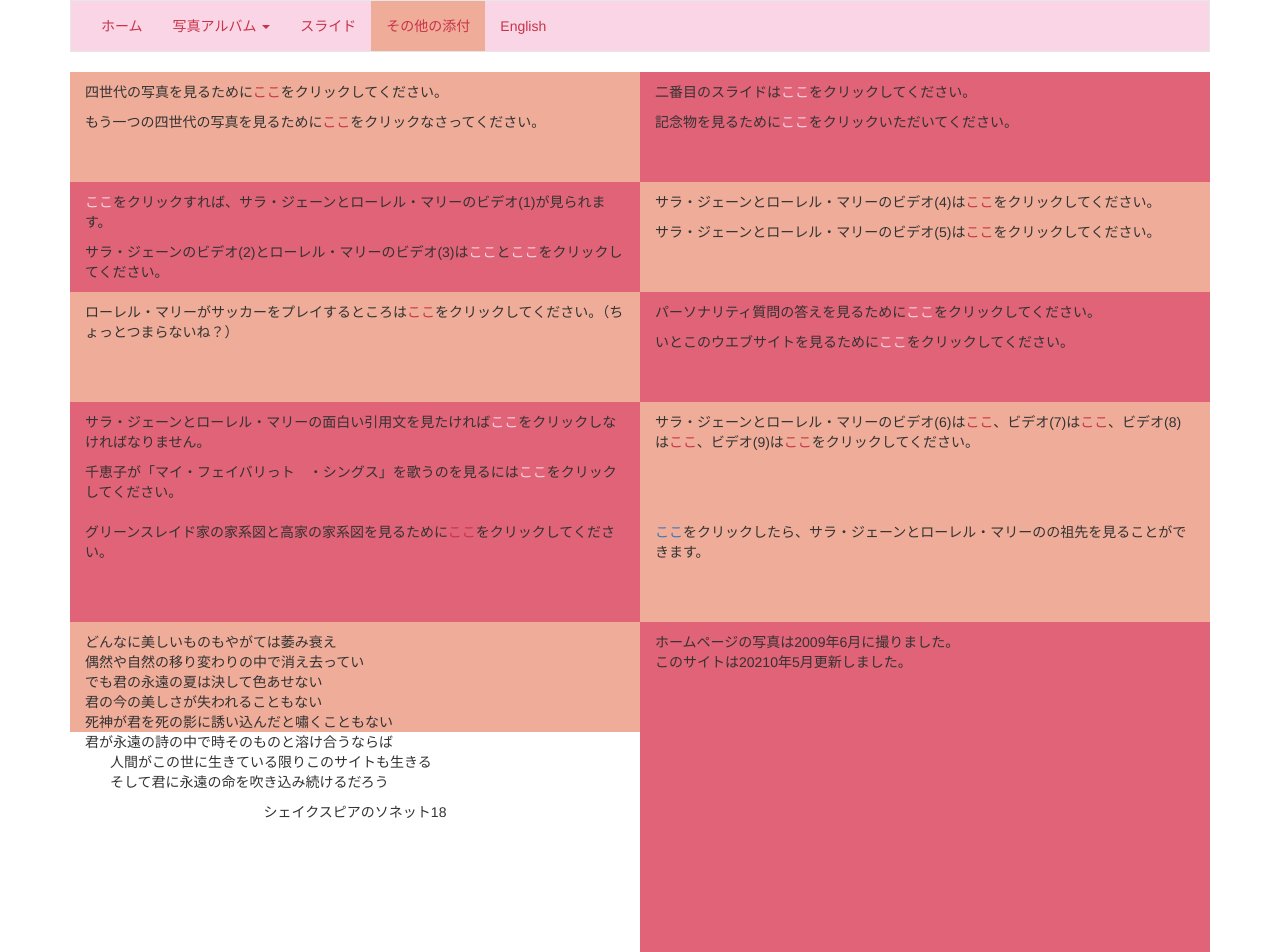
Repository: George2916/Sarah-Jane-and-Laurel-Marie
Page: misc-jap.html
The author's editor kept a record of every edit. The page is drawn from the files as they stood at one moment, then again after the next edit.
The browser window is 1280 px wide. The pictures show the whole page.

Above is the page before.
Console error: TypeError: Cannot read properties of null (reading 'style')

### misc-jap.html
<!DOCTYPE html>
<html>
<head>

    <meta charset="utf-8">
    <meta http-equiv="X-UA-Compatible" content="IE-edge">
    <meta name="viewport" content="width=device-width, initial-scale=1">
    <!--[if lt IE 9]
<script src="https://oss.maxcdn.com/html5shiv/3.7.2/html5shiv.min.js"></script>
<script src="https://oss.maxcdn.com/respond/1.4.2/respond.min.js"></script>
<![endif]-->

  <title>Miscellaneous - Japanese</title>

    <link rel="stylesheet" type="text/css" href="css/bootstrap.css">
    <link rel="stylesheet" type="text/css" href="css/mystyle.css">
    <link href="https://fonts.googleapis.com/css?family=Permanent+Marker" rel="stylesheet">


</head>

<body>

<div class="container">

    <!--collapsing navbar-->

    <nav class="navbar navbar-default">

    <div class="navbar-header">
        <button type="button" class="navbar-toggle" data-toggle="collapse" data-target="#myNavbar"><span class="glyphicon glyphicon-menu-hamburger"></span></button>
    </div>

    <div class="collapse navbar-collapse" id="myNavbar">
        <ul class="nav navbar-nav">
            <li class="DDDD"><a class="home" href="home-jap.html">ホーム</a></li>
            <li class="dropdown DDDD"><a class="active dropdown-toggle gallery-0" data-toggle="dropdown" href="#">写真アルバム <span class="caret"></span></a>
                <ul class="dropdown-menu">
                    <li><a class="gallery-1" href="gallery1-jap.html">写真アルバム 　-　2001年1月　/　2004年2月</a></li>
                    <li><a class="gallery-2" href="gallery2-jap.html">写真アルバム 　-　2004年2月　/　2006年12月</a></li>
                    <li><a class="gallery3" href="gallery3-jap.html">写真アルバム 　-　2007年6月　/　2008年11月</a></li>
                    <li><a class="gallery4" href="gallery4-jap.html">写真アルバム 　-　2008年11月　/　2009年9月</a></li>
                </ul>
            </li>
            <li class="DDDD"><a class="slideshow" href="slideshow-jap.html">スライド</a></li>
            <li class="active non-drop DDDD"><a class="misc" href="misc-jap.html">その他の添付</a></li>
            <li class="DDDD"><a href="misc.html">English</a></li>
        </ul>
    </div>

    </nav>

    <div>

        <div class="row  noPad">

            <div class="col-sm-6 color1 box1">
                <p>四世代の写真を見るために<a class="misc-link-1 AAA" href="familytreeT.html">ここ</a>をクリックしてください。</p>
                <p>もう一つの四世代の写真を見るために<a class="misc-link-1 AAA" href="familytreeM.html">ここ</a>をクリックなさってください。</p>
            </div>


            <div class="col-sm-6 color2 box2">
                <p>二番目のスライドは<a class="misc-link-2 AAA" href="slideshow2-jap.html">ここ</a>をクリックしてください。</p>
                <p>記念物を見るために<a class="misc-link-2 AAA" href="flippablePhotos.html">ここ</a>をクリックいただいてください。</p>
            </div>


        </div><!--closes .row-->

        <div class="row  noPad">

            <div class="col-sm-6 color2 box3">
                <p><a class="misc-link-3 AAA" href="https://www.youtube.com/watch?v=NwOyJzJh9Wc">ここ</a>をクリックすれば、サラ<span >・</span>ジェーンとローレル<span >・</span>マリーのビデオ(1)が見られます。</p>
                <p>サラ<span >・</span>ジェーンのビデオ(2)とローレル<span>・</span>マリーのビデオ(3)は<a class="misc-link-3 AAA" href="https://www.youtube.com/watch?v=lUZmNCm3aWA" target="_blank">ここ</a>と<a class="misc-link-3 AAA" href="https://www.youtube.com/watch?v=WP3CQZRvERk">ここ</a>をクリックしてください。</p>

            </div>



            <div class="col-sm-6 color1 box4">
                <p>サラ<span >・</span>ジェーンとローレル<span >・</span>マリーのビデオ(4)は<a class="misc-link-4 AAA" href="https://www.youtube.com/watch?v=_l0FIXjZr1M" target="_blank">ここ</a>をクリックしてください。</p>
                <p>サラ<span >・</span>ジェーンとローレル<span >・</span>マリーのビデオ(5)は<a class="misc-link-4 AAA" href="https://www.youtube.com/watch?v=VaALOcjoOfE" target="_blank">ここ</a>をクリックしてください。</p>
            </div>

        </div><!--closes .row-->

        <div class="row  noPad">

            <div class="col-sm-6 color1 box5">
                <p>ローレル<span >・</span>マリーがサッカーをプレイするところは<a class="misc-link-5 AAA" href="https://www.youtube.com/watch?v=pcceURS1TcA">ここ</a>をクリックしてください。（ちょっとつまらないね？）</p>

            </div>



            <div class="col-sm-6 color2 box6">
                <p>パーソナリティ質問の答えを見るために<a class="misc-link-6 AAA" href="questionnaire-jap.html">ここ</a>をクリックしてください。</p>
                <p>いとこのウエブサイトを見るために<a class="misc-link-6 AAA" href="https://george2916.github.io">ここ</a>をクリックしてください。</p>
            </div>



        </div><!--closes .row-->

        <div class="row  noPad">

            <div class="col-sm-6 color2 box7">
                <p>サラ<span >・</span>ジェーンとローレル<span >・</span>マリーの面白い引用文を見たければ<a class="misc-link-3 AAA" href="quotes.html">ここ</a>をクリックしなければなりません。</p>
                <p>千恵子が「マイ<span >・</span>フェイバリっト　<span >・</span>シングス」を歌うのを見るには<a class="misc-link-3 AAA" href="https://youtu.be/F1NmzCG4n8A">ここ</a>をクリックしてください。</p>
            </div>


            <div class="col-sm-6 color1 box8">
                <p>サラ<span >・</span>ジェーンとローレル<span >・</span>マリーのビデオ(6)は<a class="misc-link-4 AAA" href="https://youtu.be/i4otdVIbA44">ここ</a>、ビデオ(7)は<a class="misc-link-4 AAA" href="https://youtu.be/OAZ1_f3dj48">ここ</a>、ビデオ(8)は<a class="misc-link-4 AAA" href="https://youtu.be/zzMhVbymAOA">ここ</a>、ビデオ(9)は<a class="misc-link-4 AAA" href="https://youtu.be/t_HujAmd91A">ここ</a>をクリックしてください。
            </div>


        </div><!--closes .row-->

        <div class="row  noPad">

            <div class="col-sm-6 color2 box9">
                <p>グリーンスレイド家の家系図と高家の家系図を見るために<a class="misc-link-9 AAA" href="https://george2916.github.io/GreensladeFamilyTree">ここ</a>をクリックしてください。</p>

            </div>


            <div class="col-sm-6 color1 box10">
                <p><a class="misc-link-10 AAA" href="ancestors.html">ここ</a>をクリックしたら、サラ<span >・</span>ジェーンとローレル<span >・</span>マリーのの祖先を見ることができます。
            </div>


        </div><!--closes .row-->

        <div class="row noPad">

            <div class="col-sm-6 color1 box11J">
                <p>どんなに美しいものもやがては萎み衰え<br>偶然や自然の移り変わりの中で消え去ってい<br>でも君の永遠の夏は決して色あせない<br>君の今の美しさが失われることもない<br>死神が君を死の影に誘い込んだと嘯くこともない<br>君が永遠の詩の中で時そのものと溶け合うならば<br><span class="last2lines">人間がこの世に生きている限りこのサイトも生きる</span><br><span class="last2lines">そして君に永遠の命を吹き込み続けるだろう</span></p><p style="text-align: center">シェイクスピアのソネット18</p>
            </div>



            <div class="col-sm-6 color2 box12">
                <p>ホームページの写真は2009年6月に撮りました。<br>このサイトは20210年5月更新しました。</p>
            </div>

        </div><!--closes .row-->



    </div>

</div><!-closes .container-->

<script src="js/jquery-3.2.0.js"></script>
<script src="js/bootstrap.js"></script>
<script src="js/myjquery.js"></script>

</body>
</html>

### css/mystyle.css
/* color scheme

lilac: #f9d5e5

very light brown: #eeac99

pink: #e06377

red: #c83349

*/

/* STYLING FOR NAV BAR */

/* give the nav bar square corners, instead of the default rounded corners */

.navbar{
    border-radius: 0px;
}

/* change color of nav bar to lilac */

.navbar-default{
    background-color: #f9d5e5;
}

/* change the color of the lettering of Home, Slide Show and Misc. to red */

.navbar-default .navbar-collapse .navbar-nav > li > a{
     color: #c83349;
}

/* change the color of the lettering of Gallery to red */

.navbar-default .navbar-nav > .open > a,
.navbar-default .navbar-nav > .open > a:hover,
.navbar-default .navbar-nav > .open > a:focus {
    color: #c83349;
}

/* give the Home, Slide Show and Misc. tabs the color of very light brown when clicked on */

.navbar-default .navbar-nav .active a,
.navbar-default .navbar-nav .active a:hover,
.navbar-default .navbar-nav .active a:focus {
    background-color: #eeac99;
    color: #c83349;
}

/* give the Gallery tab the color of very light brown when clicked on */

.navbar-default .navbar-nav > .open > a:focus {
    background-color: #eeac99;
}

/* change color and size of the dropdown menu under the Gallery tab */

.dropdown-menu {
    background-color: #eeac99;
    padding: 0px;
    border: 0px;
    margin: 0px;
}

/* change the color of the text of the dropdown menu under the Gallery tab */

.dropdown-menu > li > a {
    color: #c83349;
}

/* make the hamburger icon have the background color of red */

.navbar-default .navbar-toggle:hover,
.navbar-default .navbar-toggle:focus {
    background-color: #eeac99;
}

.navbar-toggle{
    background-color: #c83349;
}

#bullet{

    vertical-align: text-top;
}


/* STYLING FOR HOME PAGE */

/* styling for jumbotron on Home page */

.cover-page-jumbo {
    background-color: #c83349;
    font-family: 'Permanent Marker', cursive;
    text-align: center;
    color: #f9d5e5;

}

/* styling for certain text in the Japanese translation of the Home page*/

#bullet {
    vertical-align: middle;
    letter-spacing: -10px;
}

#bullet1 {

    letter-spacing: -10px;
}

#bullet2 {

    letter-spacing: -8px;
}

#bullet3 {
    vertical-align: middle;
    letter-spacing: -14px;
}
@media only screen and (max-width: 660px) {
    .cover-page-jumbo h2{
        font-size: 140%;
    }

    .cover-page-jumbo h4{
        font-size: 90%;
    }
}

/* give the jumbrotron square corners, instead of the default rounded corners */

.container .jumbotron {
    border-radius: 0px;
}

.coverphoto {
    width: 100%;
    height: 100%;
    border: 4px solid #e06377;
}

/* resize image in jumbotron */
.coverphoto img {
    width: 100%;
    height: auto;
}


/* STYLING FOR GALLERY PAGES */

.gallery-background {
    padding: 20px;
    background-color: #c83349;
}

@media only screen and (max-width: 991px) {
    .extra-padding {
        padding-bottom: 20px;
    }
}

/* change the size of the modals for images in the Gallery which are rotated when displayed in modal format */
.gallery-rotate {
        height: 620px;
        width: 600px;
}

/* rotate certain photos in the Gallery -90 degrees when they are displayed in modal format */
.gallery-rotate img {
    -ms-transform: rotate(-90deg); /* IE 9 */
    -webkit-transform: rotate(-90deg); /* Chrome, Safari, Opera */
    transform: rotate(-90deg);
    height: 450px;
    position: absolute;
    top: 80px;
}

.pager li > a {
    background-color: #f9d5e5;
    color: #c83349;
}


/* STYLING FOR THE SLIDESHOW PAGES */

/* give pink border to the photos in the slide show */
.item > img {
    border: 4px solid #e06377;
}

/* center all img in slideshow */
.carousel-inner img {
    margin: auto;
}

/* enlarge certain pictures in the Slideshow to take up the height and width of their container */
.BBBB {
    width: 100%;
    height: auto;
}

/* give the color of smokey white to the left and right arrows in the Slideshow */

.carousel-control > span {
    color: #f5f5f5;
}

/* make the carousel captions the color of smokey white */
.carousel-caption {
    color: #f5f5f5;
}

/* give the color of smokey white to the border of the carousel indicators */
.carousel-indicators li {
    border: 1px solid #f5f5f5;
}

/* give the color of smokey white to the active carousel indicator */
.carousel-indicators .active {
     background-color: white;
}

/* hide carousel indicators and delete the <h4> captions in screen widths below 992px */
@media only screen and (max-width: 991px) {
    .carousel-indicators > li {
        display: none;
    }
    .carousel-caption > h4 {
        display: none;
    }
}

/* make font-size smaller in screen widths below 575px */
@media only screen and (max-width: 575px) {
    .carousel-caption h3 {
        font-size: 75%;
    }
}


/* STYLING FOR MISCELLANEOUS PAGE */

.color1 {
    background-color: #eeac99;
    height: 110px;
    padding-top: 10px;
}

.color2 {
    background-color: #e06377;
    height: 110px;
    padding-top: 10px;
}

.noPad {margin-right: 0px;
    margin-left: 0px;
}

/* STYLING FOR THE FAMILYTREEM.HTML AND FAMILYTREET.HTML DOCS */

.family-tree-jumbo {
    background-color: #f9d5e5;
    font-family: 'Permanent Marker', cursive;
    text-align: center;
}

.family-tree-jumbo > h3 {
    color: #c83349;
}

/* rotate the fourgenerationsM photo 90 degrees */
.fourgenerationsM img {
    width: 100%;
    height: auto;
   -ms-transform: rotate(90deg); /* IE 9 */
    -webkit-transform: rotate(90deg); /* Chrome, Safari, Opera */
    transform: rotate(90deg);
    position: relative;
    top: 60px;
    border: solid 5px #e06377;
}

/* adjust the position of the fourgenerationsM photo and related text, depending on the screen size */
@media only screen and (max-width: 1199px) {
    .fourgenerationsM img {
        position: relative;
        top: 50px;
    }
    .customclassM {
        position: relative;
        top: 2px;
    }
}

@media only screen and (max-width: 991px) {
    .fourgenerationsM img {
        position: relative;
        top: 100px;
    }
    .customclassM {
        position: relative;
        top: 250px;
        left: 50px;
    }
}

@media only screen and (max-width: 767px) {
    .fourgenerationsM img {
        position: relative;
        top: 120px;
    }
    .customclassM {
        position: relative;
        top: 250px;
        left: 0px;
    }
}

/* adjust the positioning of the fourgenerationsT photo and related text, depending on the screen size */
@media only screen and (min-width: 992px) {
    .fourgenerationsT img {
        width: 100%;
        height: auto;
        position: relative;
        left: 50px;
        top: 20px;
        border: solid 5px #e06377;
    }
    .customclassT {
        position: relative;
        left: 50px;
    }
}

@media only screen and (min-width: 768px) {
    .fourgenerationsT img {
        width: 100%;
        height: auto;
        border: solid 5px #e06377;
    }
    .customclassT {
        position: relative;
        top: 20px;
        left: 50px;
    }
}

@media only screen and (min-width: 100px) {
    .fourgenerationsT img {
        width: 100%;
        height: auto;
        border: solid 5px #e06377;
    }
    .customclassT {
        position: relative;
        top: 20px;
    }
}

/* change the size of the modal for the fourgenerationsM photo when displayed in modal format */
.fourgenerationsM-modal {
        height: 620px;
        width: 600px;
}

/* rotate the fourgenerationsM photo 90 degrees when it is displayed in modal format */
.fourgenerationsM-modal img {
    -ms-transform: rotate(90deg); /* IE 9 */
    -webkit-transform: rotate(90deg); /* Chrome, Safari, Opera */
    transform: rotate(90deg);
    height: 450px;
    position: absolute;
    top: 80px;
}

.withtext {
    text-align: center;
    border: 2px solid black;
}

.withtext1 {
    border: 3.4px solid black;
    text-align: center;
}

.withsymbol {
    text-align: center;
}

.specialborder {
    border: solid 3px #e06377;
}


/* STYLING FOR QUESTIONNAIRE */

#heading, #headingJ{
    background-color: #c83349;
    font-family: 'Permanent Marker', cursive;
    text-align: center;
    color: #f9d5e5;
}

#Qborder, #QborderJ{
    border-width: 10px;
    border-style: solid;
    border-color: #f9d5e5;
}

#first-row, #first-rowJ{
    height: 2.5em;
}

#sjButtonJap > .btn,
#lmButtonJap > .btn {
    font-size: 75%;
}

@media only screen and (max-width: 767px) {
    #sjButtonJap > .btn,
    #lmButtonJap > .btn {
        font-size: 75%;
    }
}

@media only screen and (max-width: 640px) {
    #sjButtonJap > .btn,
    #lmButtonJap > .btn {
        font-size: 70%;
    }
}

@media only screen and (max-width: 575px) {
    #sjButtonJap > .card_back,
    #lmButtonJap > .card_back {
        font-size: 65%;
    }
    #sjButtonJap > .card_front,
    #lmButtonJap > .card_front {
        font-size: 65%;
    }
}

.card{
  position: relative;
  width: 25%;
  text-align: center;
}

.card_front,
.card_back{
  position: absolute;
  top: 0;
  left: 0;
  width: 100%;
  height: 100%;
}

.card_front,
.card_back{
  -webkit-backface-visibility: hidden;
          backface-visibility: hidden;
  -webkit-transition: -webkit-transform 0.3s;
          transition: transform 0.3s;
}

.card_front{
  background-color: #eeac99;
}

.card_back{
  background-color: #eeac99;
  -webkit-transform: rotateY(-180deg);
          transform: rotateY(-180deg);
}

.card.effect_hover:hover .card_front{
  -webkit-transform: rotateY(-180deg);
          transform: rotateY(-180deg);
}

.card.effect_hover:hover .card_back{
  -webkit-transform: rotateY(0);
          transform: rotateY(0);
}

.customBtn{

  border-right: 6px solid #eeac99;
  border-bottom: 6px solid #eeac99;
  border-right-style: outset;
  border-bottom-style: outset;
}

.question{
    background-color: #eeac99;
}

#hiddenSJ-1, #hiddenSJ-2, #hiddenSJ-3, #hiddenSJ-4, #hiddenSJ-5, #hiddenSJ-6, #hiddenSJ-7, #hiddenSJ-8, #hiddenSJ-9, #hiddenSJ-10, #hiddenSJ-11, #hiddenSJ-12, #hiddenSJ-13, #hiddenSJ-14, #hiddenSJ-15, #hiddenSJ-16, #hiddenSJ-17, #hiddenSJ-18, #hiddenSJ-19, #hiddenSJ-20, #hiddenSJ-21, #hiddenSJ-22, #hiddenSJ-23, #hiddenSJ-24, #hiddenSJ-25, #hiddenLM-1, #hiddenLM-2, #hiddenLM-3, #hiddenLM-4, #hiddenLM-5, #hiddenLM-6, #hiddenLM-7, #hiddenLM-8, #hiddenLM-9, #hiddenLM-10, #hiddenLM-11, #hiddenLM-12, #hiddenLM-13, #hiddenLM-14, #hiddenLM-15, #hiddenLM-16, #hiddenLM-17, #hiddenLM-18, #hiddenLM-19, #hiddenLM-20, #hiddenLM-21, #hiddenLM-22, #hiddenLM-23, #hiddenLM-24, #hiddenLM-25, #hiddenSJJ-1, #hiddenSJJ-2, #hiddenSJJ-3, #hiddenSJJ-4, #hiddenSJJ-5, #hiddenSJJ-6, #hiddenSJJ-7, #hiddenSJJ-8, #hiddenSJJ-9, #hiddenSJJ-10, #hiddenSJJ-11, #hiddenSJJ-12, #hiddenSJJ-13, #hiddenSJJ-14, #hiddenSJJ-15, #hiddenSJJ-16, #hiddenSJJ-17, #hiddenSJJ-18, #hiddenSJJ-19, #hiddenSJJ-20, #hiddenSJJ-21, #hiddenSJJ-22, #hiddenSJJ-23, #hiddenSJJ-24, #hiddenSJJ-25, #hiddenLMJ-1, #hiddenLMJ-2,  #hiddenLMJ-3, #hiddenLMJ-4, #hiddenLMJ-5, #hiddenLMJ-6, #hiddenLMJ-7, #hiddenLMJ-8, #hiddenLMJ-9, #hiddenLMJ-10, #hiddenLMJ-11, #hiddenLMJ-12, #hiddenLMJ-13, #hiddenLMJ-14, #hiddenLMJ-15, #hiddenLMJ-16, #hiddenLMJ-17, #hiddenLMJ-18, #hiddenLMJ-19, #hiddenLMJ-20, #hiddenLMJ-21, #hiddenLMJ-22, #hiddenLMJ-23, #hiddenLMJ-24, #hiddenLMJ-25 {
    background-color: #eeac99;
}


/* STYLING FOR FLIPPABLE PHOTOS (MEMENTOS) */

.FPborder{
    border-width: 10px 10px 1px 10px;
    border-style: solid;
    border-color: #f9d5e5;
}

.FPheading{
    background-color: #c83349;
    font-family: 'Permanent Marker', cursive;
    text-align: center;
    color: #f9d5e5;
    padding-bottom: 20px;
}

.FPbackground{
    border-width: 0px 10px 10px 10px;
    border-style: solid;
    border-color: #f9d5e5;
    background-color: #eeac99;
    padding: 0px 20px 0px 20px;
}

.FPtextHeading{
    padding: 0px 20px;
}

.pic-front{
    box-shadow: 5px 5px 5px #c83349;
    margin-bottom: 20px;
}

.pic-back{
    display:none;
    box-shadow: 5px 5px 5px #c83349;
    margin-bottom: 20px;
}

.FPtext{
    color: #c83349;
}

/* rotation of images */

#front1{
  transform: rotate(3deg);
}

#front1:hover{
  transform: rotate(0deg);
  cursor: grab;
}

#back1-1{
  transform: rotate(3deg);
}

#back1-1:hover{
  transform: rotate(0deg);
  cursor: grab;
}

#back1-2{
  transform: rotate(3deg);
}

#back1-2:hover{
  transform: rotate(0deg);
  cursor: grab;
}

#front2{
  transform: rotate(1deg);
}

#front2:hover{
  transform: rotate(0deg);
  cursor: grab;
}

#back2{
  transform: rotate(1deg);
}

#back2:hover{
  transform: rotate(0deg);
  cursor: grab;
}

#front3{
  transform: rotate(-3deg);
}

#front3:hover{
  transform: rotate(0deg);
  cursor: grab;
}

#back3-1{
  transform: rotate(-3deg);
}

#back3-1:hover{
  transform: rotate(0deg);
  cursor: grab;
}

#back3-2{
  transform: rotate(-3deg);
}

#back3-2:hover{
  transform: rotate(0deg);
  cursor: grab;
}

#front4{
  transform: rotate(3deg);
}

#front4:hover{
  transform: rotate(0deg);
  cursor: grab;
}

#back4{
  transform: rotate(3deg);
}

#back4:hover{
  transform: rotate(0deg);
  cursor: grab;
}

#front5{
  transform: rotate(1deg);
}

#front5:hover{
  transform: rotate(0deg);
  cursor: grab;
}

#back5{
  transform: rotate(1deg);
}

#back5:hover{
  transform: rotate(0deg);
  cursor: grab;
}

#front6{
  transform: rotate(-7deg);
}

#front6:hover{
  transform: rotate(-0deg);
  cursor: grab;
}

#back6{
  transform: rotate(-7deg);
}

#back6:hover{
  transform: rotate(-0deg);
  cursor: grab;
}

#front7{
  transform: rotate(1deg);
}

#front7:hover{
  transform: rotate(0deg);
  cursor: grab;
}

#back7-1{
  transform: rotate(1deg);
}

#back7-1:hover{
  transform: rotate(0deg);
  cursor: grab;
}

#back7-2{
  transform: rotate(1deg);
}

#back7-2:hover{
  transform: rotate(0deg);
  cursor: grab;
}

#back7-3{
  transform: rotate(1deg);
}

#back7-3:hover{
  transform: rotate(0deg);
  cursor: grab;
}

#front8{
  transform: rotate(-5deg);
}

#front8:hover{
  transform: rotate(0deg);
  cursor: grab;
}

#back8{
  transform: rotate(-5deg);
}

#back8:hover{
  transform: rotate(0deg);
  cursor: grab;
}

#front9{
  transform: rotate(-3deg);
}

#front10{
  transform: rotate(2deg);
}

#front10:hover{
  transform: rotate(0deg);
  cursor: grab;
}

#back10-1{
  transform: rotate(2deg);
}

#back10-1:hover{
  transform: rotate(0deg);
  cursor: grab;
}

#back10-2{
  transform: rotate(2deg);
}

#back10-2:hover{
  transform: rotate(0deg);
  cursor: grab;
}

#back10-3{
  transform: rotate(2deg);
}

#back10-3:hover{
  transform: rotate(0deg);
  cursor: grab;
}

#back10-4{
  transform: rotate(2deg);
}

#back10-4:hover{
  transform: rotate(0deg);
  cursor: grab;
}

#back10-5{
  transform: rotate(2deg);
}

#back10-5:hover{
  transform: rotate(0deg);
  cursor: grab;
}

#front11{
  transform: rotate(2deg);
}

#front11:hover{
  transform: rotate(0deg);
}

#front12{
  transform: rotate(-2deg);
}

#front12:hover{
  transform: rotate(0deg);
  cursor: grab;
}

#back12{
  transform: rotate(-2deg);
}

#back12:hover{
  transform: rotate(0deg);
  cursor: grab;
}

#front13{
  transform: rotate(-2deg);
}

#front13:hover{
  transform: rotate(0deg);
  cursor: grab;
}

#back13{
  transform: rotate(-2deg);
}

#back13:hover{
  transform: rotate(0deg);
  cursor: grab;
}

#front14{
  transform: rotate(3deg);
}

#front14:hover{
  transform: rotate(0deg);
  cursor: grab;
}

#back14{
  transform: rotate(3deg);
}

#back14:hover{
  transform: rotate(0deg);
  cursor: grab;
}



/* STYLING FOR QUOTES.HTML */


.qText1{
    color: #c83349;
    font-family: 'Permanent Marker', cursive;
    padding: 0px 50px;
    text-align: center;
}

.qText2{
    color: #c83349;
    font-family: 'Permanent Marker', cursive;
    padding: 0px 60px;
    text-align: center;

}

.qBackground1{
    border-width: 0px 10px 1px 10px;
    border-style: solid;
    border-color: #f9d5e5;
    background-color: #eeac99;
    padding: 20px 20px 0px 20px
}

.qBackground2{
    border-width: 0px 10px 10px 10px;
    border-style: solid;
    border-color: #f9d5e5;
    background-color: #eeac99;
    padding: 20px 20px 20px 20px
}

#quote1{
    text-decoration: underline;
}

.noPad {margin-right: 0px;
    margin-left: 0px;}

Loaded but not shown: css/bootstrap.css (library); js/jquery-3.2.0.js (library); js/bootstrap.js (library); js/myjquery.js (library)

After the next edit:
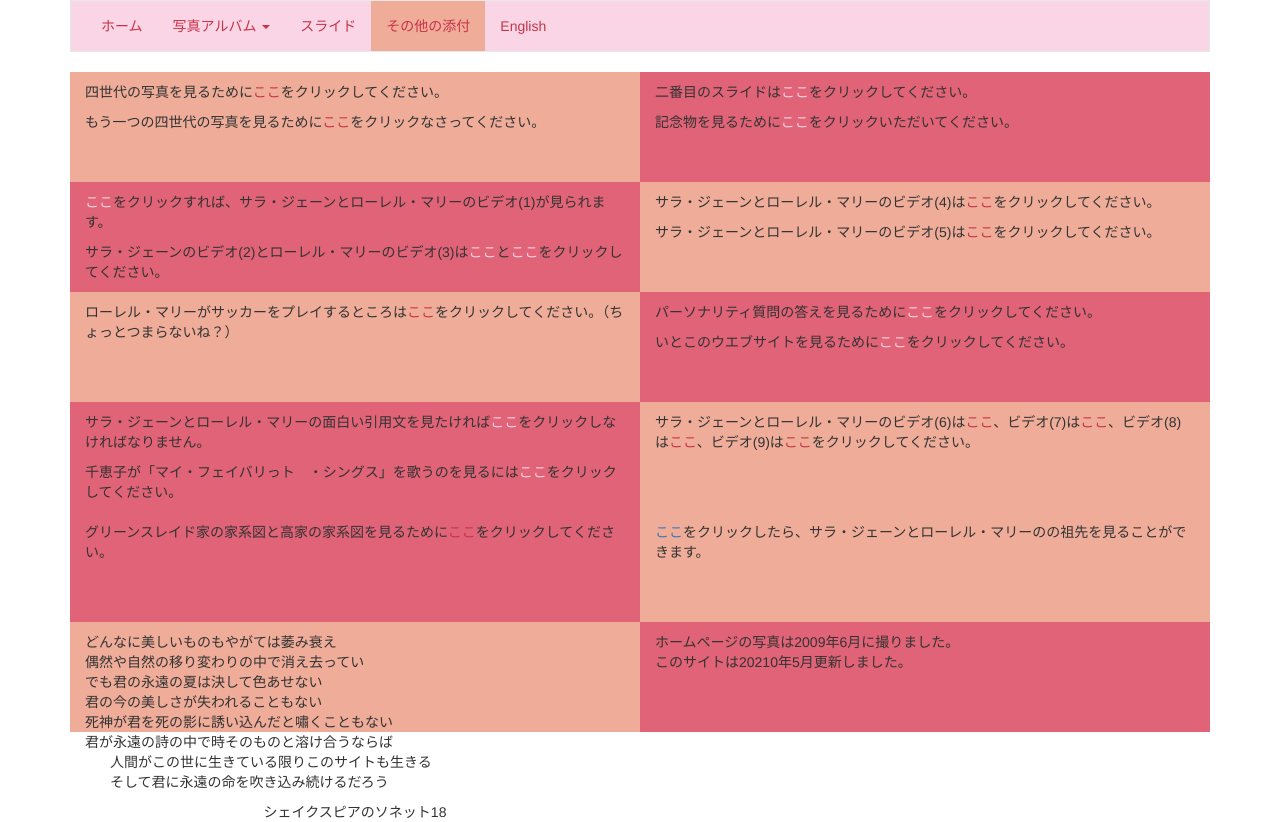
The edit:
--- a/misc-jap.html
+++ b/misc-jap.html
@@ -141,7 +141,7 @@
 
 
 
-            <div class="col-sm-6 color2 box12">
+            <div class="col-sm-6 color2 box12J">
                 <p>ホームページの写真は2009年6月に撮りました。<br>このサイトは20210年5月更新しました。</p>
             </div>
 
